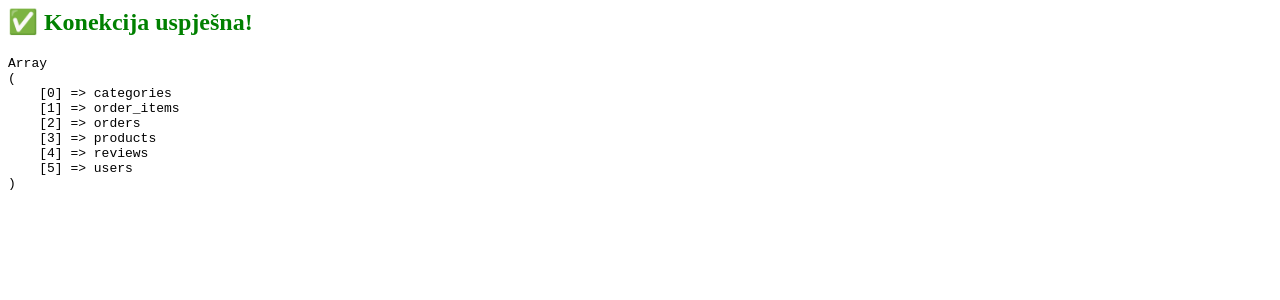
Repository: kanitafoco/kanita-foco
Page: http://localhost/web-programming-2025/backend/rest/test_connection.php
An editor plug-in stored every save of this project. The page is shown before and after a run of saves, followed by the edit.
The browser window is 1280 px wide. The pictures show the whole page.
The page is run by PHP 8.4 with error messages shown; the project is at /var/www/html/.

Above is the page before, as saved 2025-10-23 11:45:54.

After the next 2 saves:
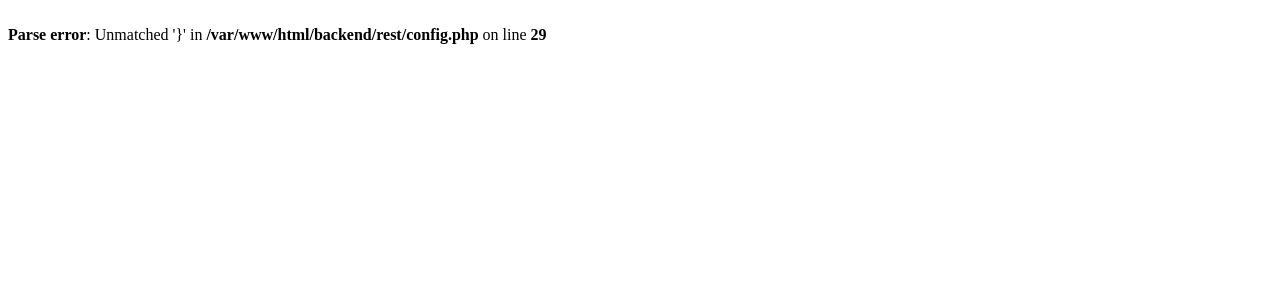
The 2 saves are shown as one change because they came seconds apart.
The last was saved 16 s later.
--- a/backend/rest/config.php
+++ b/backend/rest/config.php
@@ -1,32 +1,30 @@
 <?php
 class Database {
-    private static $host = '127.0.0.1:3306';
-    private static $dbName = 'milestone2_db';
-    private static $username = 'root';
-    private static $password = 'root';
-    private static $connection = null;
+private static $host = '127.0.0.1';
+private static $dbName = 'milestone2_db';
+private static $username = 'root';
+private static $password = 'tvoja_lozinka';
+private static $connection = null;
 
-    public static function connect() {
-        if (self::$connection == null) {
-            try {
-                self::$connection = new PDO(
-                    "mysql:host=" . self::$host . ";dbname=" . self::$dbName . ";charset=utf8mb4",
-                    self::$username,
-                    self::$password,
-                    [
-                        PDO::ATTR_ERRMODE => PDO::ERRMODE_EXCEPTION,
-                        PDO::ATTR_DEFAULT_FETCH_MODE => PDO::FETCH_ASSOC
-                    ]
-                );
-            } catch (PDOException $e) {
-                die("Connection failed: " . $e->getMessage());
-            }
+public static function connect() {
+    if (self::$connection == null) {
+        try {
+            self::$connection = new PDO(
+                "mysql:host=" . self::$host . ";dbname=" . self::$dbName . ";unix_socket=/tmp/mysql.sock;charset=utf8mb4",
+                self::$username,
+                self::$password,
+                [
+                    PDO::ATTR_ERRMODE => PDO::ERRMODE_EXCEPTION,
+                    PDO::ATTR_DEFAULT_FETCH_MODE => PDO::FETCH_ASSOC
+                ]
+            );
+        } catch (PDOException $e) {
+            die("Connection failed: " . $e->getMessage());
         }
-        return self::$connection;
     }
+    return self::$connection;
+}
 
-    public static function disconnect() {
-        self::$connection = null;
     }
 }
 ?>

After the save that followed:
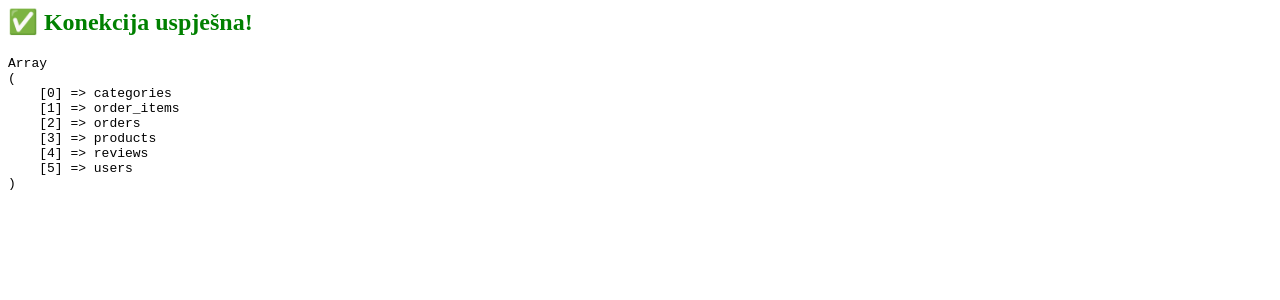
Saved 14 s later.
--- a/backend/rest/config.php
+++ b/backend/rest/config.php
@@ -26,5 +26,5 @@
 }
 
     }
-}
+
 ?>
